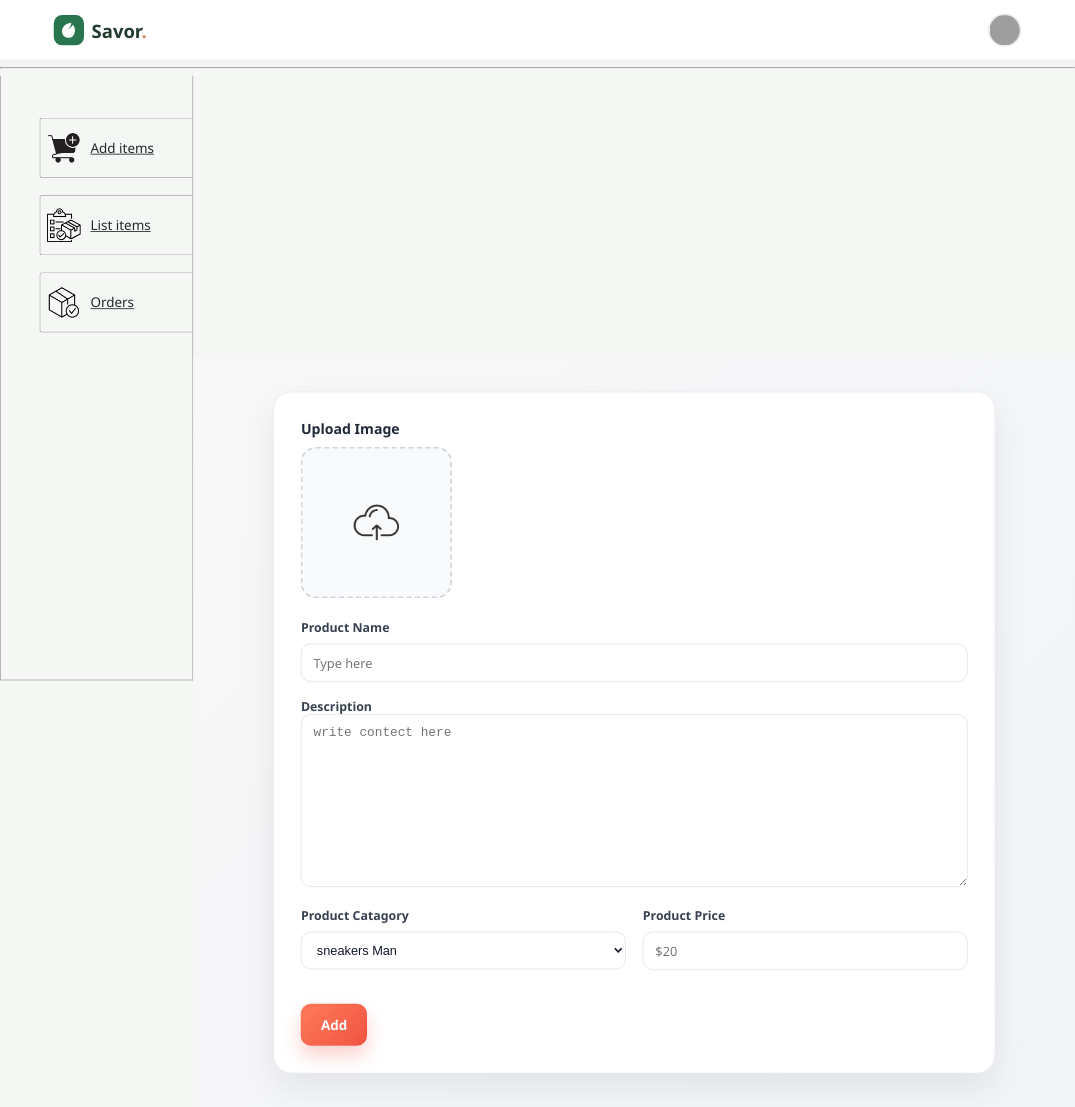
Repository: prince44991/Ecommerce-Project-Full-Stack
Page: /Additem (app in admin/my-react-app/)
These files come from the project's save history. The page is drawn as it stood at one moment and after the next save; the edit follows.
The browser window is 1280 px wide. The pictures show the whole page, at 84% of full size.
Pictures or frames that could not be fetched are drawn as grey boxes. The project was rebuilt for these pictures with package versions that can differ from the ones it lists, and the page was loaded fresh each time. Also part of the build but not shown: admin/my-react-app/vite.config.js, admin/my-react-app/src/pages/Order/Order.jsx, admin/my-react-app/src/pages/List/List.jsx.

Above is the page before, as saved 2026-09-29 21:19:31.

### admin/my-react-app/index.html
<!doctype html>
<html lang="en">
  <head>
    <meta charset="UTF-8" />
    <link rel="icon" type="image/svg+xml" href="/favicon.svg" />
    <meta name="viewport" content="width=device-width, initial-scale=1.0" />
    <title>my-react-app</title>
  </head>
  <body>
    <div id="root"></div>
    <script type="module" src="/src/main.jsx"></script>
  </body>
</html>

### admin/my-react-app/src/index.css
:root {
  font-family: 'DM Sans', 'Segoe UI', sans-serif;
  font-synthesis: none;
  text-rendering: optimizeLegibility;
  -webkit-font-smoothing: antialiased;
  -moz-osx-font-smoothing: grayscale;
  font-optical-sizing: auto;
  font-weight: 400;
  color: #202a27;
  background: #f5f7f5;
}

* {
  box-sizing: border-box;
}

body {
  min-width: 320px;
  min-height: 100vh;
  margin: 0;
}

button,
input {
  font: inherit;
}

a {
  color: inherit;
}

### admin/my-react-app/src/App.jsx
import Navbar from './components/Navbar/Navbar.jsx'
import Sliderbar from './components/Sliderbar/Sliderbar.jsx'
import { BrowserRouter, Route, Routes } from "react-router-dom"
import Add from './pages/Add/Add.jsx'
import Order from './pages/Order/Order.jsx'
import List from './pages/List/List.jsx'
function App() {
  return (
    <>
    <BrowserRouter>
    <Navbar />
    <hr/>
    <Sliderbar/>
    <Routes>
      <Route path='/Additem' element={<Add/>} />
      <Route path='/Listitem' element={<List/>} />
      <Route path='/Orders' element={<Order/>} />
    </Routes>
    </BrowserRouter>
    </>
  )
}

export default App

### admin/my-react-app/src/components/Navbar/Navbar.jsx
import React from 'react'
import './Navbar.css'

const Navbar = () => {
  return (
    <header className="navbar">
      <a className="navbar__brand" href="#dashboard" aria-label="Savor admin dashboard">
        <span className="navbar__logo" aria-hidden="true">
          <svg viewBox="0 0 32 32" fill="none">
            <path d="M16 27c-6.2 0-10-4.2-10-9.7C6 11.6 10.5 6 19.5 5c-.2 5.6-2.7 8.3-6.8 10.2 3.4-1.1 7-3.7 9.2-7.4C27.7 14 24.8 27 16 27Z" fill="currentColor" />
            <path d="M9 23c3.2-4.2 6.1-6.3 10.8-8.4" stroke="white" strokeWidth="1.8" strokeLinecap="round" />
          </svg>
        </span>
        <span className="navbar__name">Savor<span>.</span></span>
      </a>

      <img
        className="navbar__avatar"
        src="https://images.unsplash.com/photo-1534528741775-53994a69daeb?auto=format&fit=crop&w=128&h=128&q=80"
        alt="Admin profile"
      />
    </header>
  )
}

export default Navbar

### admin/my-react-app/src/components/Sliderbar/Sliderbar.jsx
import React from 'react'
import './Sliderbar.css'
import item from '../../assets/add-to-cart.png';
import list from '../../assets/list-items.png';
import order from '../../assets/package.png';
import { NavLink } from 'react-router-dom';
const Sliderbar = () => {
  return (
    <div>
    <div className="sidebar">
        <div className="sidbar-options">
            <div className="sidbar-option">
                <img src={item} alt="" />
                <NavLink to="/Additem"><p className='par'>Add items</p></NavLink>
            </div>
            <div className="sidbar-option">
                <img src={list} alt="" />
                <NavLink to="/Listitem"><p className='par'>List items</p></NavLink>
            </div>
            <div className="sidbar-option">
                <img src={order} alt="" />
                <NavLink to="/Orders"><p className='par'>Orders</p></NavLink>
            </div>
        </div>
    </div>
    </div>
  )
}

export default Sliderbar

### admin/my-react-app/src/pages/Add/Add.jsx
/** @format */

import React from "react";
import cloud from "../../assets/cloud-computing.png";
import "./Add.css";
const Add = () => {
  return (
    <div className="add">
      <form>
        <div className="add-img-upload flex-col mt-4">
          <h4>Upload Image</h4>
          <label htmlFor="image">
            <img src={cloud} />
          </label>
          <input type="file" id="image" hidden required />
        </div>
        <div className="add-product-name flex-col">
          <p>product name</p>
          <input type="text" name="name" placeholder="Type here" id="image" />
        </div>
        <div className="add-product-description">
          <p>description</p>
          <textarea
            name="description"
            rows="10"
            cols="30"
            placeholder="write contect here"
          ></textarea>
        </div>
        <div className="add-catagory-price">
          <div className="add-catagory flex-col">
            <p>Product catagory</p>
            <select name="catagory">
              <option value="sneakers Man">sneakers Man</option>
              <option value="Loafers">Loafers</option>
              <option value="Sports & Athletic Shoes">
                Sports & Athletic Shoes
              </option>
              <option value="Oxfords">Oxfords</option>
              <option value="Chelsea Boots">Chelsea Boots</option>
              <option value="Flats / Ballerinas">Flats / Ballerinas</option>
              <option value="Heels">Heels</option>
              {/* <option value="Chelsea Boots"></option> */}
            </select>
          </div>

          <div className="add-price flex-col">
            <p>product price</p>
            <input type="number" name="price" placeholder="$20" />
          </div>
        </div>
        <button>Add</button>
      </form>
    </div>
  );
};

export default Add;

### admin/my-react-app/src/components/Navbar/Navbar.css
.navbar {
	display: flex;
	width: 100%;
	min-height: 72px;
	align-items: center;
	justify-content: space-between;
	gap: 24px;
	padding: 0 clamp(18px, 5vw, 64px);
	border-bottom: 1px solid #e8eeea;
	background: #fff;
	box-shadow: 0 3px 14px rgb(30 59 43 / 5%);
}

.navbar__brand {
	display: inline-flex;
	flex: 0 0 auto;
	align-items: center;
	gap: 9px;
	color: #203a2d;
	text-decoration: none;
}

.navbar__logo {
	display: grid;
	width: 36px;
	height: 36px;
	place-items: center;
	border-radius: 10px;
	color: #fff;
	background: #28754e;
}

.navbar__logo svg {
	width: 26px;
	height: 26px;
}

.navbar__name {
	font-size: 22px;
	font-weight: 700;
}

.navbar__name span {
	color: #d98750;
}

.navbar__avatar {
	width: 40px;
	height: 40px;
	flex: 0 0 auto;
	border: 2px solid #e7eee9;
	border-radius: 50%;
	object-fit: cover;
	object-position: center 38%;
}

.navbar__brand:focus-visible {
	outline: 2px solid #28754e;
	outline-offset: 4px;
}

@media (max-width: 560px) {
	.navbar {
		min-height: 64px;
		gap: 18px;
		padding: 0 18px;
	}
}

### admin/my-react-app/src/components/Sliderbar/Sliderbar.css
img{
    width: 40px;
}

.sidebar{
    width: 18%;
     min-height: 100vh;
    border: 1.5px solid #a9a9a9;
    border-top: 0;
}
.sidbar-options{
    padding-top: 50px;
    padding-left: 20%;
    display: flex;
    flex-direction: column;
    gap: 20px;
}
.sidbar-option{
    display: flex;
     align-items: center;
    gap: 12px;
    border: 1px solid #a9a9a9;
    border-right: 0;
    padding: 8px;
    border-radius: 3px 0px 0px 3px;
    cursor: pointer;
     /* text-decoration: none; */
}
.par{
    text-decoration: none;
}

### admin/my-react-app/src/pages/Add/Add.css
.add {
  display: flex;
  justify-content: center;
  align-items: flex-start;
  padding: 40px 20px;
  background: linear-gradient(135deg, #f8f8f8 0%, #f2f4f8 100%);
  min-height: calc(100vh - 80px);
  margin-top:-30vw;
  margin-left: 18vw;
}

.add form {
  width: min(860px, 100%);
  background: #ffffff;
  border: 1px solid #e9ebf0;
  border-radius: 22px;
  padding: 32px;
  box-shadow: 0 18px 40px rgba(17, 24, 39, 0.08);
}

.flex-col {
  display: flex;
  flex-direction: column;
  gap: 10px;
}

.add-img-upload {
  margin-bottom: 24px;
}

.add-img-upload h4 {
  margin: 0;
  font-size: 1.05rem;
  font-weight: 700;
  color: #1f2937;
}

.add-img-upload label {
  width: 180px;
  height: 180px;
  border: 2px dashed #d1d5db;
  border-radius: 18px;
  background: #f9fafb;
  display: flex;
  justify-content: center;
  align-items: center;
  cursor: pointer;
  transition: all 0.25s ease;
}

.add-img-upload label:hover {
  border-color: #ff7a59;
  background: #fff4f1;
}

.add-img-upload img {
  width: 54px;
  height: 54px;
  object-fit: contain;
  opacity: 0.8;
}

.add-product-name,
.add-product-description,
.add-catagory,
.add-price {
  margin-bottom: 18px;
}

.add-product-name p,
.add-product-description p,
.add-catagory p,
.add-price p {
  margin: 0;
  font-size: 0.92rem;
  font-weight: 600;
  text-transform: capitalize;
  color: #374151;
}

.add input,
.add textarea,
.add select {
  width: 100%;
  border: 1px solid #dfe3ea;
  border-radius: 12px;
  padding: 12px 14px;
  background: #ffffff;
  color: #111827;
  font-size: 0.95rem;
  transition: border 0.2s ease, box-shadow 0.2s ease;
}

.add input:focus,
.add textarea:focus,
.add select:focus {
  outline: none;
  border-color: #ff855a;
  box-shadow: 0 0 0 4px rgba(255, 133, 90, 0.12);
}

.add textarea {
  min-height: 140px;
  resize: vertical;
}

.add-catagory-price {
  display: grid;
  grid-template-columns: repeat(2, minmax(220px, 1fr));
  gap: 20px;
  margin-bottom: 22px;
}

.add button {
  border: none;
  border-radius: 12px;
  background: linear-gradient(135deg, #ff7a59 0%, #f05442 100%);
  color: #fff;
  font-size: 1rem;
  font-weight: 700;
  padding: 14px 24px;
  cursor: pointer;
  transition: transform 0.2s ease, box-shadow 0.2s ease;
  box-shadow: 0 12px 22px rgba(240, 84, 66, 0.25);
}

.add button:hover {
  transform: translateY(-1px);
  box-shadow: 0 16px 28px rgba(240, 84, 66, 0.28);
}

@media (max-width: 640px) {
  .add {
    padding: 20px 14px;
  }

  .add form {
    padding: 20px 16px;
    border-radius: 16px;
  }

  .add-catagory-price {
    grid-template-columns: 1fr;
    gap: 14px;
  }

  .add-img-upload label {
    width: 100%;
    max-width: 210px;
    height: 150px;
  }
}

Loaded but not shown: admin/my-react-app/src/main.jsx (common file)

After the next save:
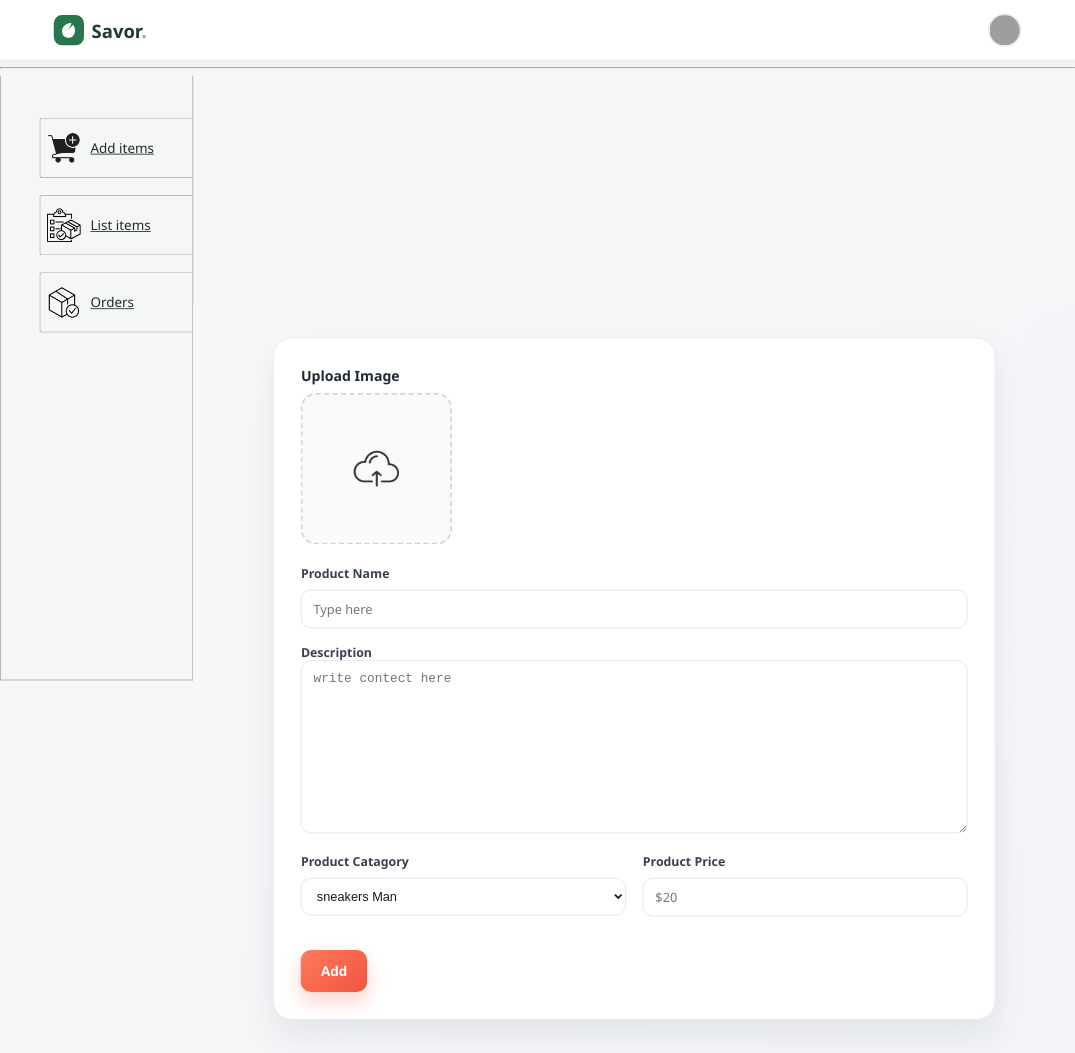
Saved 17 s later.
--- a/admin/my-react-app/src/pages/Add/Add.css
+++ b/admin/my-react-app/src/pages/Add/Add.css
@@ -5,7 +5,7 @@
   padding: 40px 20px;
   background: linear-gradient(135deg, #f8f8f8 0%, #f2f4f8 100%);
   min-height: calc(100vh - 80px);
-  margin-top:-30vw;
+  margin-top:-35vw;
   margin-left: 18vw;
 }
 
